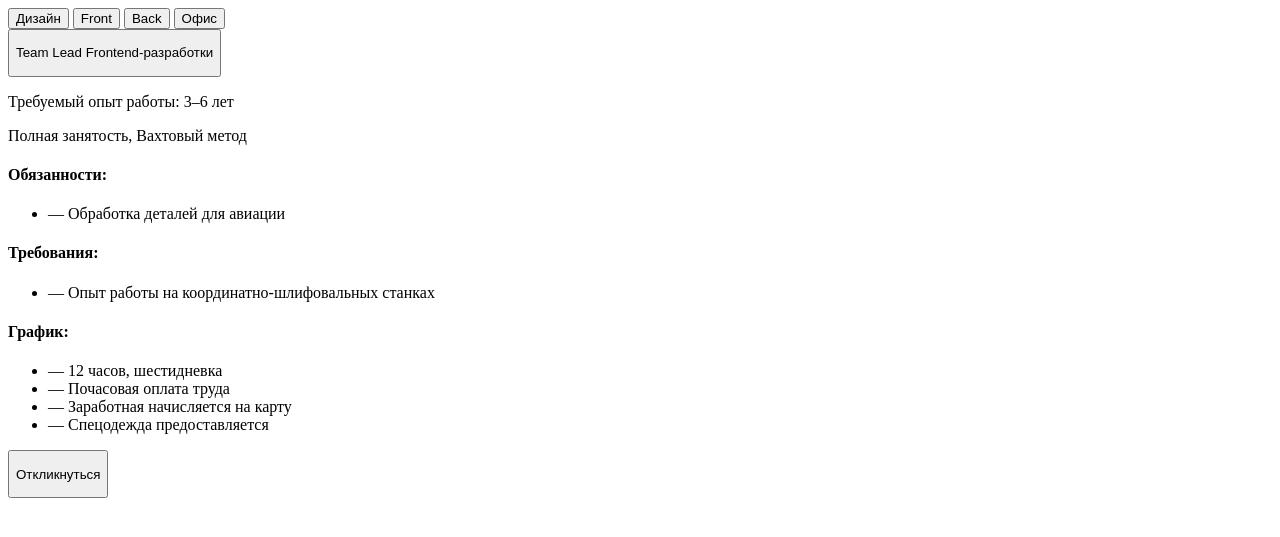
Repository: the-ASAP/AsapVerstka
Page: src/components/accordion.html
The author's editor kept a copy of each file at every save. The page is drawn from the files as they stood at one save, then again after the next save.
The browser window is 1280 px wide. The pictures show the whole page.

Above is the page before, as saved 2021-07-28 10:13:20.

### src/components/accordion.html
<section class="profession">
    <div class="profession__mainButtons">
        <button type="button" class="profession__choice">Дизайн</button>
        <button type="button" class="profession__choice">Front</button>
        <button type="button" class="profession__choice">Back</button>
        <button type="button" class="profession__choice">Офис</button>
    </div>

    <button class="profession__button">
        <p class="profession__button__text">
            Team Lead Frontend-разработки
        </p>
    </button>
    <div class="profession__info">
        <p class="profession__text">Требуемый опыт работы: 3–6 лет </p>
        <p class="profession__text">Полная занятость, Вахтовый метод</p>

        <h4 class="profession__subtitle">Обязанности:</h4>
        <ul class="profession__list">
            <li>
                — Обработка деталей для авиации
            </li>
        </ul>
        <h4 class="profession__subtitle">Требования:</h4>
            <ul class="profession__list">
                <li>
                    — Опыт работы на координатно-шлифовальных станках
                </li>
            </ul>
        <h4 class="profession__subtitle">График:</h4>
        <ul class="profession__list">
            <li>
                — 12 часов, шестидневка
            </li>
            <li>
                — Почасовая оплата труда
            </li>
            <li>
                — Заработная начисляется на карту
            </li>
            <li>
                — Спецодежда предоставляется
            </li>
        </ul>

        <button type="button" class="profession__endButton">
            <p class="profession__endButton__text">Откликнуться</p>
        </button>
    </div>
</section>

After the next save:
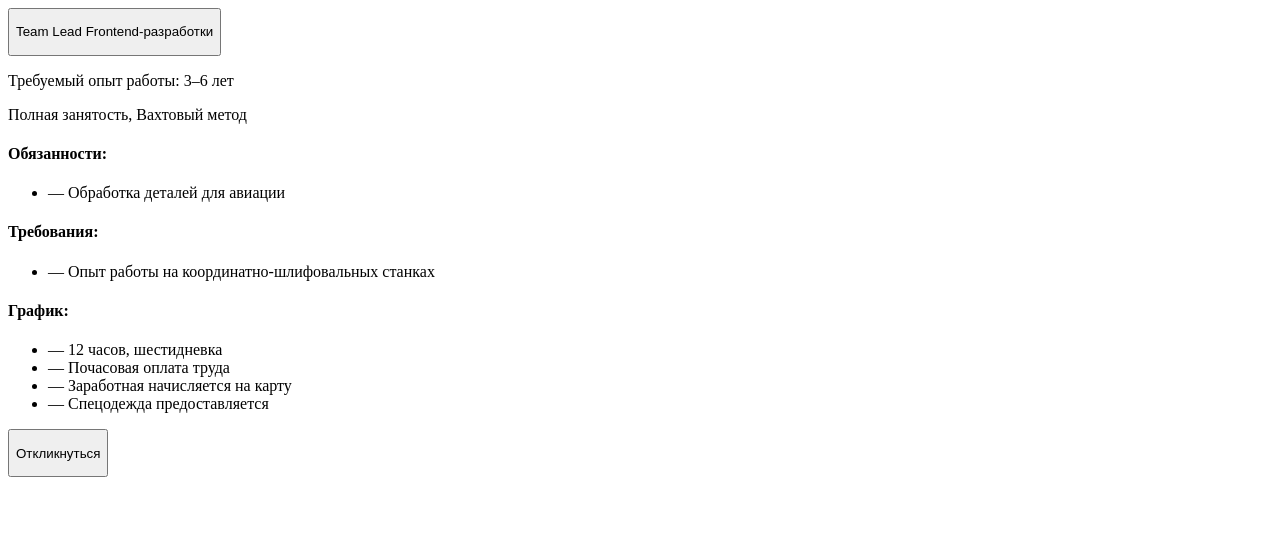
Saved 3 s later.
--- a/src/components/accordion.html
+++ b/src/components/accordion.html
@@ -1,50 +1,41 @@
-<section class="profession">
-    <div class="profession__mainButtons">
-        <button type="button" class="profession__choice">Дизайн</button>
-        <button type="button" class="profession__choice">Front</button>
-        <button type="button" class="profession__choice">Back</button>
-        <button type="button" class="profession__choice">Офис</button>
-    </div>
+<button class="profession__accordion">
+    <p>
+        Team Lead Frontend-разработки
+    </p>
+</button>
+<div class="profession__info">
+    <p class="profession__text">Требуемый опыт работы: 3–6 лет </p>
+    <p class="profession__text">Полная занятость, Вахтовый метод</p>
 
-    <button class="profession__button">
-        <p class="profession__button__text">
-            Team Lead Frontend-разработки
-        </p>
-    </button>
-    <div class="profession__info">
-        <p class="profession__text">Требуемый опыт работы: 3–6 лет </p>
-        <p class="profession__text">Полная занятость, Вахтовый метод</p>
-
-        <h4 class="profession__subtitle">Обязанности:</h4>
+    <h4 class="profession__subtitle">Обязанности:</h4>
+    <ul class="profession__list">
+        <li>
+            — Обработка деталей для авиации
+        </li>
+    </ul>
+    <h4 class="profession__subtitle">Требования:</h4>
         <ul class="profession__list">
             <li>
-                — Обработка деталей для авиации
+                — Опыт работы на координатно-шлифовальных станках
             </li>
         </ul>
-        <h4 class="profession__subtitle">Требования:</h4>
-            <ul class="profession__list">
-                <li>
-                    — Опыт работы на координатно-шлифовальных станках
-                </li>
-            </ul>
-        <h4 class="profession__subtitle">График:</h4>
-        <ul class="profession__list">
-            <li>
-                — 12 часов, шестидневка
-            </li>
-            <li>
-                — Почасовая оплата труда
-            </li>
-            <li>
-                — Заработная начисляется на карту
-            </li>
-            <li>
-                — Спецодежда предоставляется
-            </li>
-        </ul>
+    <h4 class="profession__subtitle">График:</h4>
+    <ul class="profession__list">
+        <li>
+            — 12 часов, шестидневка
+        </li>
+        <li>
+            — Почасовая оплата труда
+        </li>
+        <li>
+            — Заработная начисляется на карту
+        </li>
+        <li>
+            — Спецодежда предоставляется
+        </li>
+    </ul>
 
-        <button type="button" class="profession__endButton">
-            <p class="profession__endButton__text">Откликнуться</p>
-        </button>
-    </div>
-</section>
+    <button type="button" class="profession__endButton">
+        <p>Откликнуться</p>
+    </button>
+</div>
